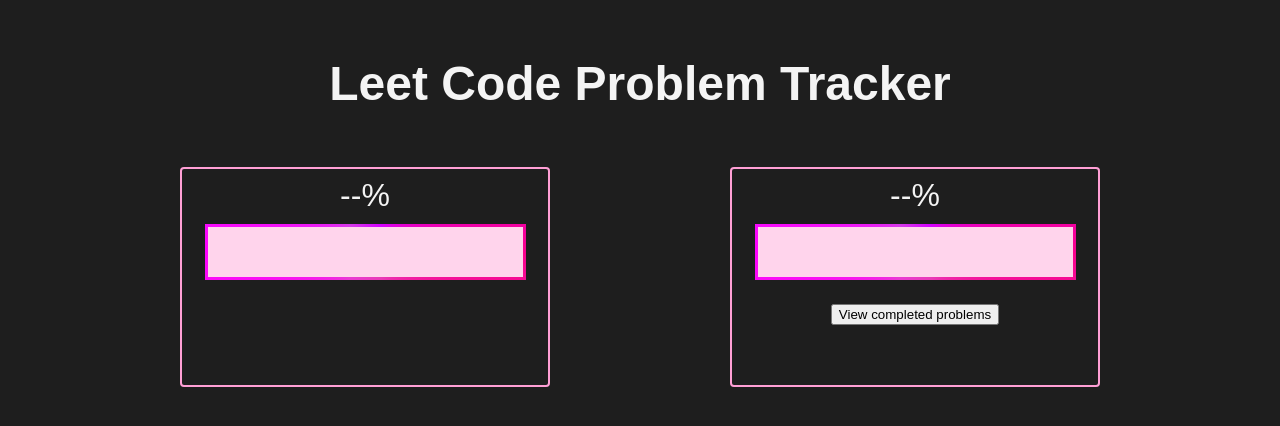
Repository: bbrockbrown/leet-code-tracker
Page: index.html
An editor plug-in stored every save of this project. The page is shown before and after the next save, followed by the edit.
The browser window is 1280 px wide. The pictures show the whole page.

Above is the page before, as saved 2024-07-28 17:02:19.

### index.html
<!DOCTYPE html>
<html lang="en">
<head>
    <meta charset="UTF-8">
    <meta name="viewport" content="width=device-width, initial-scale=1.0">
    <link rel="stylesheet" href="styles.css">
    <script>src="script.js"</script>
    <title>Document</title>
</head>
<body>
    <div class="main">
        <h1 id="header">Leet Code Problem Tracker</h1>
    </div>

    <div class="tracking-container">
        <!-- Have some script grab random leet code problems daily -->
        <div class="todo-tracking">
            <div class="todo-percent">--%</div>
            <div class="progressbar" id="todo-bar"> <!--% Container for progressbar --> </div>
            <div class="todo-problem-container">
                <div class="question"></div>
            </div>
        </div>

        <!-- Brings to page with links to completed problems, area to write
         notes about how it was solved, topics used, etc-->
        <div class="completed-tracking">
            <div class="completed-percent">--%</div>
            <div class="progressbar" id="completed-bar"> <!--% Container for progressbar --> </div>
            <button class="completed-button">View completed problems</button>
        </div>
    </div>
</body>
</html>

### styles.css
:root {
    --tracking-border-color: rgb(255, 159, 213);
}

@keyframes rotate {
	to {
		--angle: 360deg;
	}
}

@property --angle {
  syntax: '<angle>';
  initial-value: 0deg;
  inherits: false;
}

head {
    display: none;
}

body {
    font-family: Arial, sans-serif;
    background: #1e1e1e;
    margin: 0;
    padding: 0;
    color: #f4f4f4;
    overflow: hidden;
    font-size: 90%;
}

.main {
    display: flex;
    flex-flow: column;
    justify-content: center;
    align-items: center;
    padding: 24px;
}

#header {
    font-size: 48px;
}

.tracking-container {
    display: flex;
    flex-flow: row wrap;
    align-items: center;
    justify-content: space-evenly;
}

.todo-tracking, .completed-tracking {
    border: 2px solid var(--tracking-border-color);
    border-radius: 4px;
    font-size: 32px;
    text-align: center;
    box-shadow: 8px rgb(255, 159, 213, 0.8);
    height: 200px;
    width: 350px;
    padding: 8px;
}

.todo-tracking:hover, .completed-tracking:hover {
    filter: brightness(85%);
}

/* progress bar fills more as more complete */
.progressbar {
    width: 90%;
    height: 50px;
    border-radius: 8px;
    background-color: rgb(255, 212, 236);
    margin: 10px auto;
    --angle: 0deg;
    /* FOR FUTURE: make it so user can change border gradient */
    --very-pink: rgb(249, 0, 141);
    --pink: rgb(233, 58, 183);
    --pinkish-purple: rgb(233, 58, 210);
    --magenta: magenta;
    --purple: rgb(213, 58, 233);
    --very-purple: rgb(212, 0, 255);
	border: 3px solid;
	border-image: conic-gradient(from var(--angle), var(--very-pink), var(--pink), var(--pinkish-purple), var(--magenta), var(--purple), var(--very-purple), var(--very-pink)) 1;
	animation: 4s rotate linear infinite;
}

After the next save:
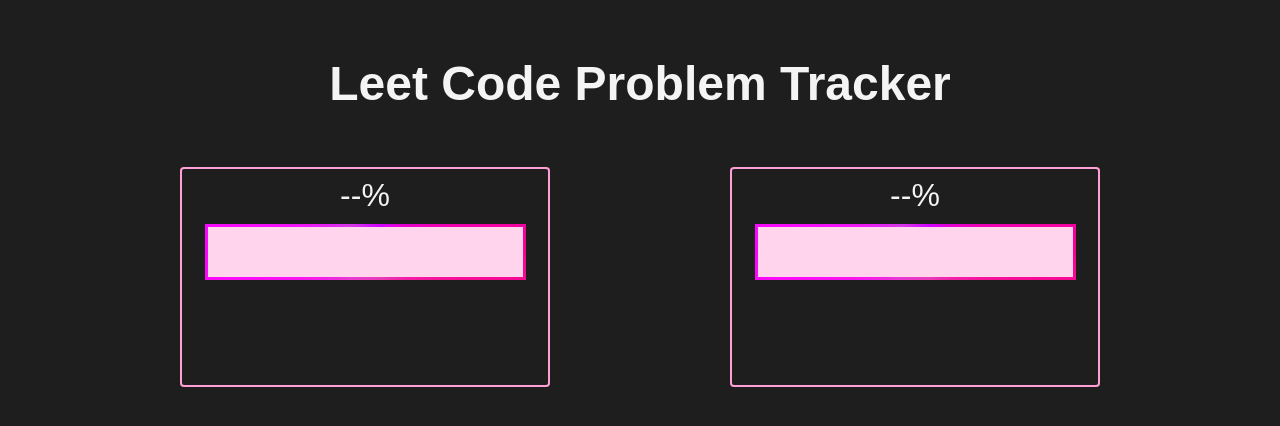
Saved 15 s later.
--- a/index.html
+++ b/index.html
@@ -27,7 +27,9 @@
         <div class="completed-tracking">
             <div class="completed-percent">--%</div>
             <div class="progressbar" id="completed-bar"> <!--% Container for progressbar --> </div>
-            <button class="completed-button">View completed problems</button>
+            <div class="completed-problem-container">
+                <div class="question"></div>
+            </div>
         </div>
     </div>
 </body>
